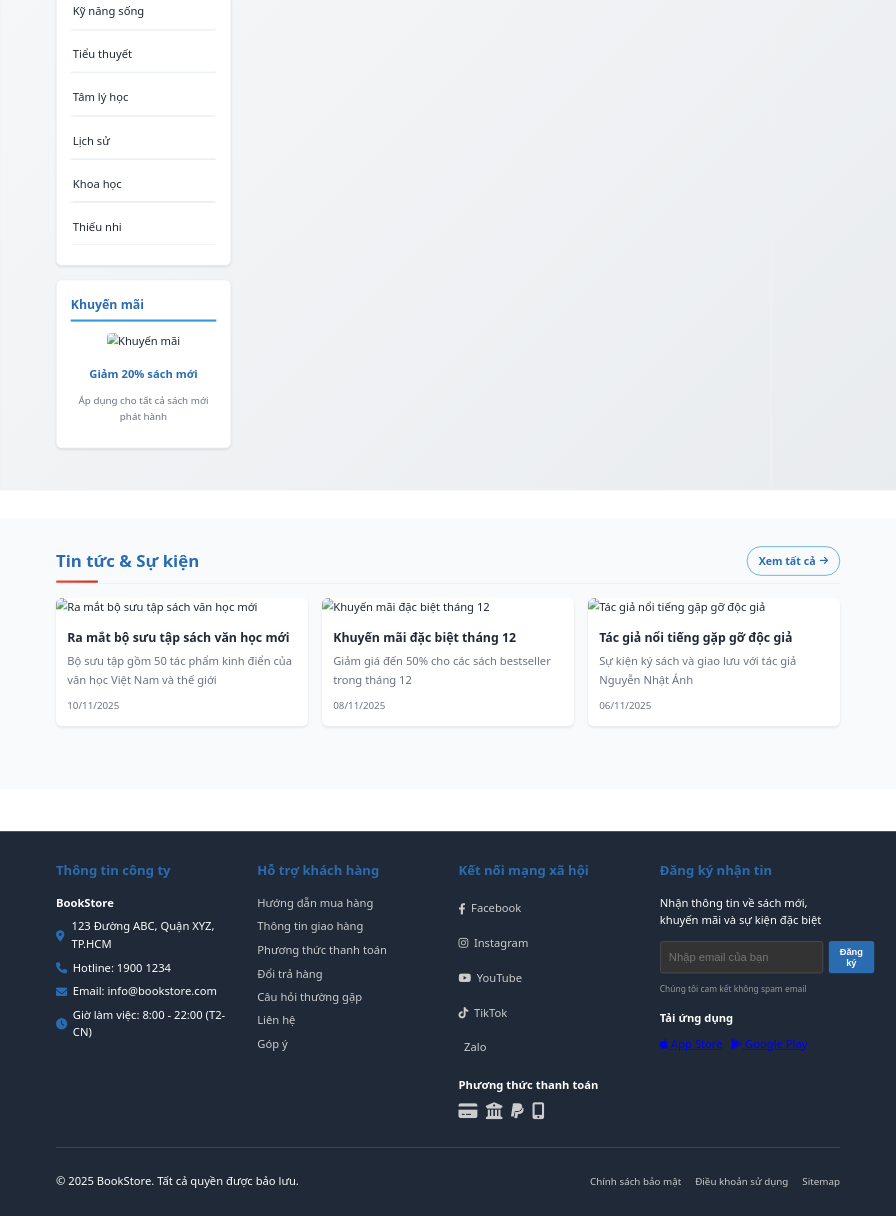
Repository: VoDTrongNghia/bai_tap_php
Page: http://localhost/bookstore/public/home
These files come from the project's save history. The page is drawn as it stood at one moment and after the next save; the edit follows.
The browser window is 1280 px wide. The pictures show the part of the page from y = 1108 to 3028 px (the page is 2846 px tall before and 3028 px after), at 70% of full size.
The page is run by PHP 8.4 with error messages shown; the project is at /var/www/html/. Queries for data that is not in the repository find no rows.

Above is the page before, as saved 2025-12-03 11:58:23.
Console error: SyntaxError: Identifier 'scripts' has already been declared

After the next save:
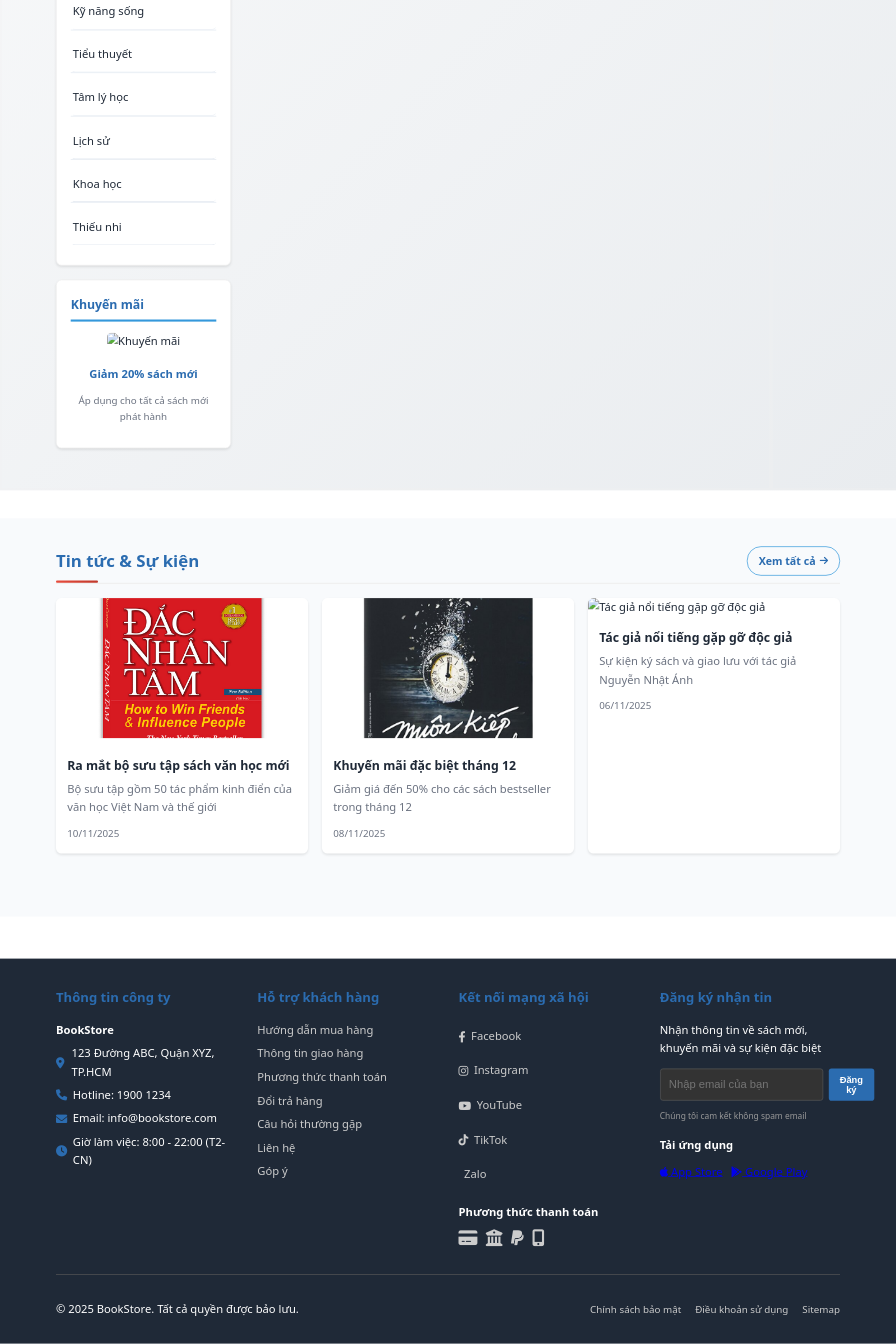
Saved 2 s later.
--- a/bookstore/resources/views/pages/home.php
+++ b/bookstore/resources/views/pages/home.php
@@ -275,7 +275,7 @@
         <div class="news-grid">
             <?php foreach ($news as $article): ?>
             <article class="news-card">
-                <img src="<?= $baseUrl ?>assets/images/news/<?= htmlspecialchars($article->image ?? 'news1.jpg') ?>" alt="<?= htmlspecialchars($article->title ?? '') ?>">
+                <img src="<?= $baseUrl ?>assets/images/books/<?= htmlspecialchars($article->image ?? 'datnhantam.jpg') ?>" alt="<?= htmlspecialchars($article->title ?? '') ?>">
                 <div class="news-content">
                     <h3><a href="<?= $baseUrl ?>news/detail/<?= $article->id ?? 1 ?>"><?= htmlspecialchars($article->title ?? '') ?></a></h3>
                     <p><?= htmlspecialchars($article->excerpt) ?></p>
